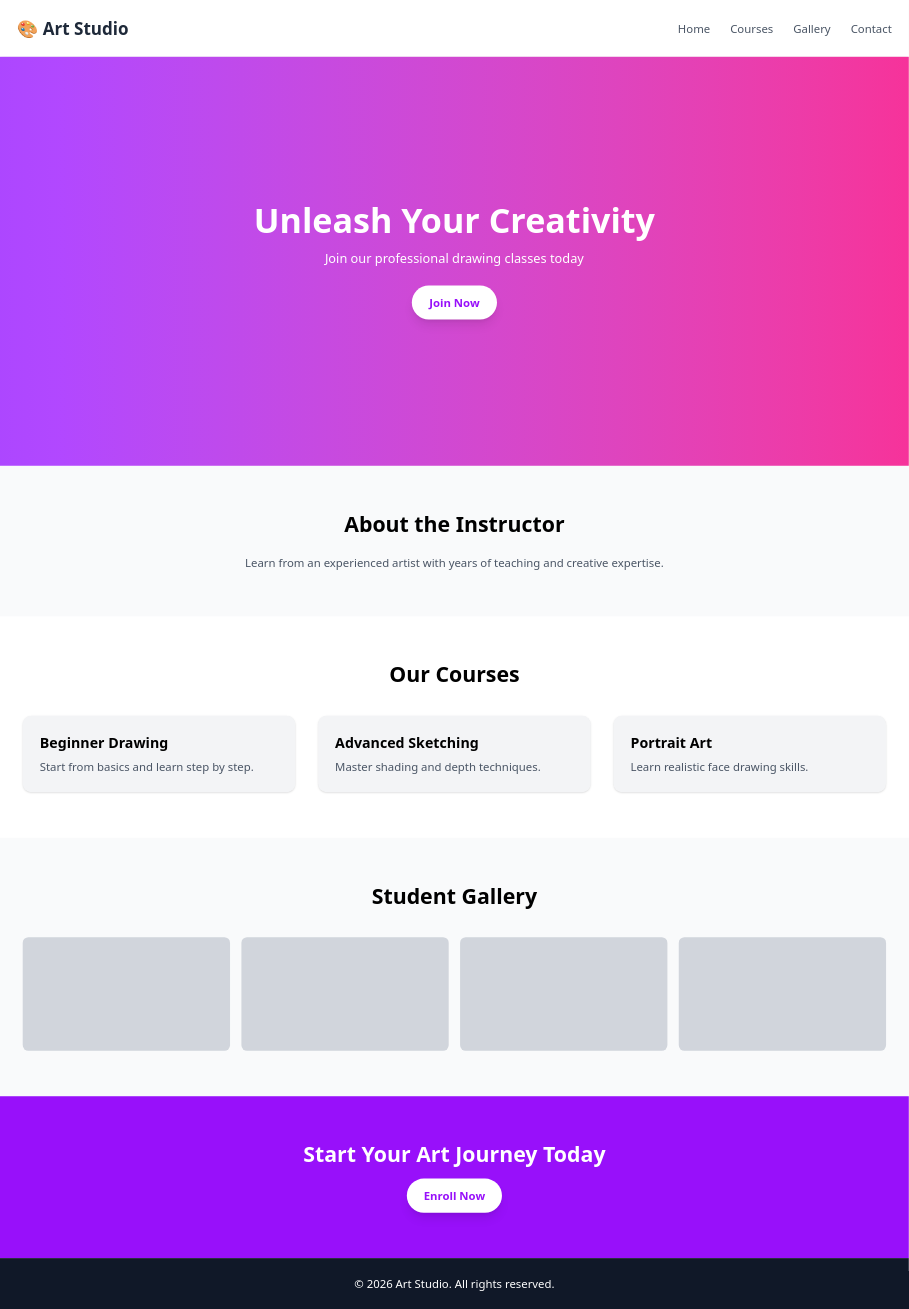
Repository: nandharjpm/Art-World
Page: http://localhost/
These files come from the project's save history. The page is drawn as it stood at one moment and after the next save; the edit follows.
The browser window is 1280 px wide. The pictures show the whole page, at 71% of full size.
The page is served by the project's Laravel application, run on PHP 8.4 with Laravel 12. Other server files are loaded and not shown. Style sheets and scripts are compiled from the project's sources, by tool versions that may differ from the author's.

Above is the page before, as saved 2026-04-18 14:40:34.

### resources/views/welcome.blade.php
<!DOCTYPE html>
<html lang="en">
<head>
    <meta charset="UTF-8">
    <meta name="viewport" content="width=device-width, initial-scale=1.0">
    <title>Drawing Classes</title>
    @vite('resources/css/app.css')
</head>
<body class="bg-gray-50">

<!-- Navbar -->
<nav class="flex justify-between items-center p-6 bg-white shadow-md">
    <h1 class="text-2xl font-bold text-gray-800">🎨 Art Studio</h1>
    <div class="space-x-6">
        <a href="#" class="text-gray-600 hover:text-black">Home</a>
        <a href="#" class="text-gray-600 hover:text-black">Courses</a>
        <a href="#" class="text-gray-600 hover:text-black">Gallery</a>
        <a href="#" class="text-gray-600 hover:text-black">Contact</a>
    </div>
</nav>

<!-- Hero Section -->
<section class="h-[80vh] flex items-center justify-center text-center bg-gradient-to-r from-purple-500 to-pink-500 text-white">
    <div>
        <h1 class="text-5xl font-bold mb-4">Unleash Your Creativity</h1>
        <p class="mb-6 text-lg">Join our professional drawing classes today</p>
        <button class="bg-white text-purple-600 px-6 py-3 rounded-full font-semibold shadow-lg hover:bg-gray-100">
            Join Now
        </button>
    </div>
</section>

<!-- About -->
<section class="py-16 px-8 text-center">
    <h2 class="text-3xl font-bold mb-6">About the Instructor</h2>
    <p class="max-w-2xl mx-auto text-gray-600">
        Learn from an experienced artist with years of teaching and creative expertise.
    </p>
</section>

<!-- Courses -->
<section class="py-16 bg-white px-8">
    <h2 class="text-3xl font-bold text-center mb-10">Our Courses</h2>
    <div class="grid md:grid-cols-3 gap-8">
        <div class="p-6 bg-gray-100 rounded-xl shadow hover:shadow-xl">
            <h3 class="text-xl font-semibold mb-2">Beginner Drawing</h3>
            <p class="text-gray-600">Start from basics and learn step by step.</p>
        </div>
        <div class="p-6 bg-gray-100 rounded-xl shadow hover:shadow-xl">
            <h3 class="text-xl font-semibold mb-2">Advanced Sketching</h3>
            <p class="text-gray-600">Master shading and depth techniques.</p>
        </div>
        <div class="p-6 bg-gray-100 rounded-xl shadow hover:shadow-xl">
            <h3 class="text-xl font-semibold mb-2">Portrait Art</h3>
            <p class="text-gray-600">Learn realistic face drawing skills.</p>
        </div>
    </div>
</section>

<!-- Gallery -->
<section class="py-16 px-8">
    <h2 class="text-3xl font-bold text-center mb-10">Student Gallery</h2>
    <div class="grid md:grid-cols-4 gap-4">
        <div class="h-40 bg-gray-300 rounded-lg"></div>
        <div class="h-40 bg-gray-300 rounded-lg"></div>
        <div class="h-40 bg-gray-300 rounded-lg"></div>
        <div class="h-40 bg-gray-300 rounded-lg"></div>
    </div>
</section>

<!-- CTA -->
<section class="py-16 text-center bg-purple-600 text-white">
    <h2 class="text-3xl font-bold mb-4">Start Your Art Journey Today</h2>
    <button class="bg-white text-purple-600 px-6 py-3 rounded-full font-semibold shadow-lg">
        Enroll Now
    </button>
</section>

<!-- Footer -->
<footer class="bg-gray-900 text-white text-center p-6">
    <p>© 2026 Art Studio. All rights reserved.</p>
</footer>

</body>
</html>

Loaded but not shown: app/Providers/AppServiceProvider.php (common file); routes/web.php (common file); resources/css/app.css (common file)

After the next save:
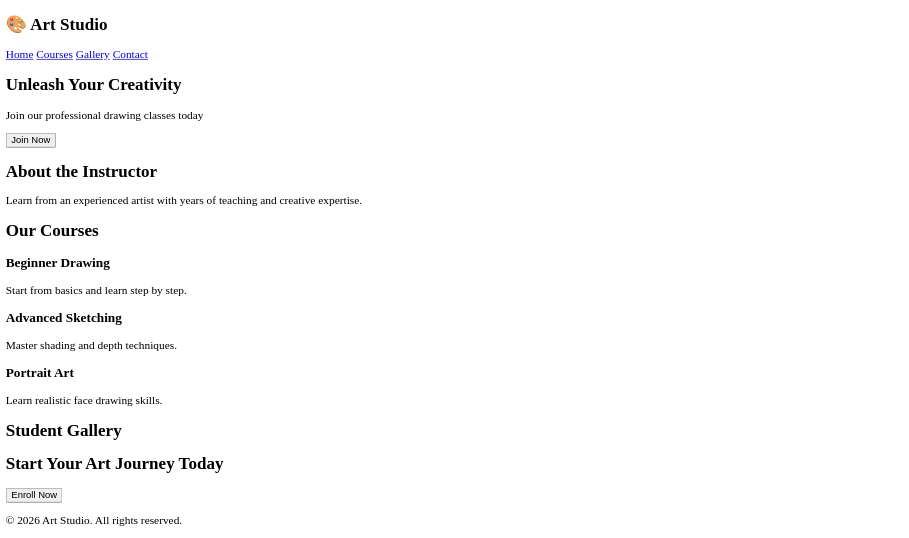
Saved 103 s later.
--- a/resources/views/welcome.blade.php
+++ b/resources/views/welcome.blade.php
@@ -4,7 +4,6 @@
     <meta charset="UTF-8">
     <meta name="viewport" content="width=device-width, initial-scale=1.0">
     <title>Drawing Classes</title>
-    @vite('resources/css/app.css')
 </head>
 <body class="bg-gray-50">
 
